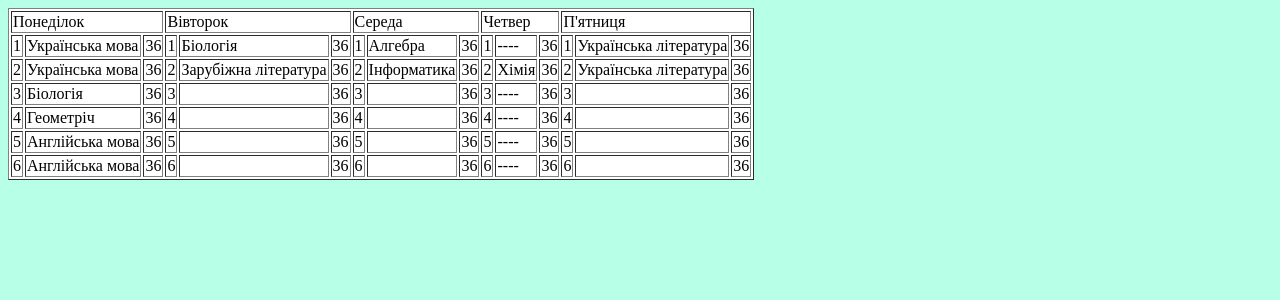
Repository: alexandrastarovoyda-star/homework_info
Page: pr7/html/pr7.html
An editor plug-in stored every save of this project. The page is shown before and after the next save, followed by the edit.
The browser window is 1280 px wide. The pictures show the whole page.

Above is the page before, as saved 2026-03-14 19:15:50.

After the next save:
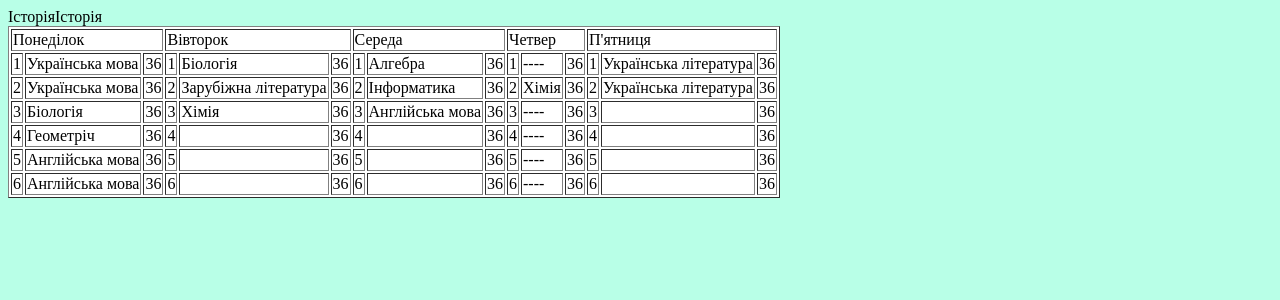
Saved 52 s later.
--- a/pr7/html/pr7.html
+++ b/pr7/html/pr7.html
@@ -30,10 +30,10 @@
         </tr>
         <tr>
         <td>3</td><td>Біологія</td><td>36</td>
-        <td>3</td><td></td><td>36</td>
-        <td>3</td><td></td><td>36</td>
-        <td>3</td><td>----</td><td>36</td>
-        <td>3</td><td></td><td>36</td>
+        <td>3</td><td>Хімія</td><td>36</td>
+        <td>3</td><td>Англійська мова</td><td>36</td>
+        <td>3</td>Історія<td>----</td><td>36</td>
+        <td>3</td>Історія<td></td><td>36</td>
         </tr>
         <tr>
         <td>4</td><td>Геометріч</td><td>36</td>
